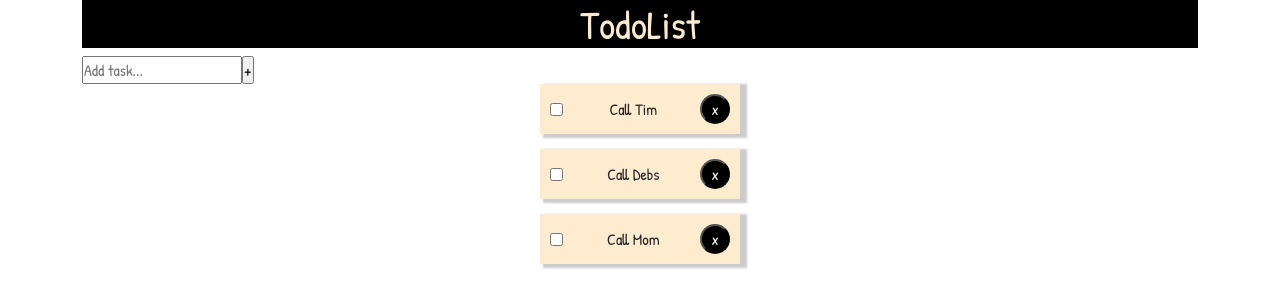
Repository: latenightsnacc/React-Projects
Page: / (app in todolist/)
These files come from the project's save history. The page is drawn as it stood at one moment and after the next save; the edit follows.
The browser window is 1280 px wide. The pictures show the whole page.
The project was rebuilt for these pictures with package versions that can differ from the ones it lists, and the page was loaded fresh each time.

Above is the page before, as saved 2020-07-02 12:49:12.

### todolist/public/index.html
<!DOCTYPE html>
<html lang="en">
  <head>
    <meta charset="utf-8" />
    <link rel="icon" href="%PUBLIC_URL%/favicon.ico" />
    <meta name="viewport" content="width=device-width, initial-scale=1" />
    <meta name="theme-color" content="#000000" />
    <meta
      name="description"
      content="Web site created using create-react-app"
    />
    <link rel="apple-touch-icon" href="%PUBLIC_URL%/logo192.png" />
    <link rel="stylesheet" href="https://stackpath.bootstrapcdn.com/bootstrap/4.5.0/css/bootstrap.min.css" integrity="sha384-9aIt2nRpC12Uk9gS9baDl411NQApFmC26EwAOH8WgZl5MYYxFfc+NcPb1dKGj7Sk" crossorigin="anonymous">
    <link rel="manifest" href="%PUBLIC_URL%/manifest.json" />
    <link href="https://fonts.googleapis.com/css2?family=Patrick+Hand&display=swap" rel="stylesheet">
    <title>React App</title>
  </head>
  <body>
    <noscript>You need to enable JavaScript to run this app.</noscript>
    <div id="root"></div>
    <!--
      This HTML file is a template.
      If you open it directly in the browser, you will see an empty page.

      You can add webfonts, meta tags, or analytics to this file.
      The build step will place the bundled scripts into the <body> tag.

      To begin the development, run `npm start` or `yarn start`.
      To create a production bundle, use `npm run build` or `yarn build`.
    -->
  </body>
</html>

### todolist/src/App.js
import React, {Component} from 'react';
import TodoList from './components/TodoList';
import Header from './components/layout/Header';
import './styles/App.scss';
import AddItem from './components/AddItem';

class App extends Component  {
  constructor(props){
    super(props);
    this.state = {
      todos: [
        {
          id: 1,
          title: 'Call Tim',
          completed: false
        },
        {
          id: 2,
          title: 'Call Debs',
          completed: false
        },
        {
          id: 3,
          title: 'Call Mom',
          completed: false
        }
      ]
    }

  }

  // Toggle Complete
  markComplete = (id) => {
    this.setState({
      todos: this.state.todos.map(task => {
        if(task.id === id){
          task.completed = !task.completed
        }
        return task;
      })
    })
  }

  // Delete Task
  deleteTask = (id) => {
    this.setState({
      todos: [...this.state.todos.filter(
        task => task.id !== id
      )]
    })
  }

  render() {
    return (
      <div className="App">
        <div className="container">
          <Header />
          <AddItem />
          <TodoList tasks= {this.state.todos} markComplete={this.markComplete} deleteTask= {this.deleteTask} />
        </div>

      </div>
    );
  }

}

export default App;

### todolist/src/components/TodoList.js
import React, { Component } from 'react';
import PropTypes from 'prop-types';
import TodoItem from './TodoItem';

class TodoList extends Component {
    render() {
        return (
            <>
                <div style={todoList}>
                    {
                        this.props.tasks.map(task => {
                            return <TodoItem key={task.id} task= {task} markComplete={this.props.markComplete} deleteTask= {this.props.deleteTask} />
                        })
                    }
                </div>
            </>
        )
    }
}

const todoList = {
    display: 'flex',
    width: '100%',
    alignItems: 'center',
    flexDirection: 'column'
}
// PropTypes
TodoList.propTypes = {
    tasks: PropTypes.array.isRequired
}
export default TodoList;

### todolist/src/components/layout/Header.js
import React from 'react'

function Header() {
    return (
        <div style={headerStyle}>
           <h1>TodoList</h1>
        </div>
    )
}

const headerStyle = {
    background: 'black',
    color: '#ffebcd',
    textAlign: 'center',
    lineHeight: '1.4'
}

export default Header;

### todolist/src/styles/App.scss
@import "~bootstrap/scss/bootstrap";
@import url('https://fonts.googleapis.com/css2?family=Patrick+Hand&display=swap');

* {
    margin: 0;
    padding: 0;
    font-family: 'Patrick Hand', cursive;
}

### todolist/src/components/AddItem.js
import React, { Component } from 'react'

class AddItem extends Component {
    render() {
        return (
            <form style={{display: 'flex'}}>
                <input
                type="text"
                name="title"
                placeholder="Add task..."
                />
                <input
                type="submit"
                value="+"
                className="addBtn"
                />
            </form>
        )
    }
}

export default AddItem

### todolist/src/components/TodoItem.js
import React, { Component } from 'react';
import PropTypes from 'prop-types';

class TodoItem extends Component {
    getStyle = () => {
        return {
            background: '#ffebcd',
            width: '200px',
            padding: '10px',
            display: 'flex',
            alignItems: 'center',
            justifyContent: 'space-between',
            marginBottom: '15px',
            boxShadow: '5px 2px 2px 2px #cccccc',
            textDecoration: this.props.task.completed ?
            'line-through'
            :'none'
        }
    }

    render() {
        const { id, title } = this.props.task;
        return (
            <>
                <div style={this.getStyle()}>
                    <input type="checkbox" onChange={this.props.markComplete.bind(this, id)} /> &nbsp;
                    {title}
                    <button style={btn} onClick={this.props.deleteTask.bind(this, id)}>x</button>
                </div>
            </>
        )
    }
}
const btn = {
    float: 'right',
    background: 'black',
    height: '30px',
    width: '30px',
    borderRadius: '50%',
    textAlign: 'center',
    color: 'white',
    outline: 'none'
}
// PropTypes
TodoItem.propTypes = {
    task: PropTypes.object.isRequired
}
export default TodoItem

Loaded but not shown: todolist/src/index.js (common file)

After the next save:
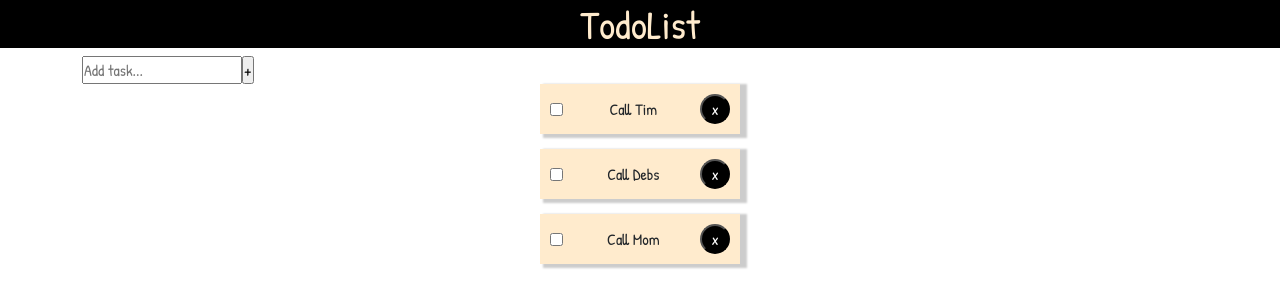
Saved 26 s later.
--- a/todolist/src/App.js
+++ b/todolist/src/App.js
@@ -53,8 +53,8 @@ class App extends Component  {
   render() {
     return (
       <div className="App">
+        <Header />
         <div className="container">
-          <Header />
           <AddItem />
           <TodoList tasks= {this.state.todos} markComplete={this.markComplete} deleteTask= {this.deleteTask} />
         </div>
